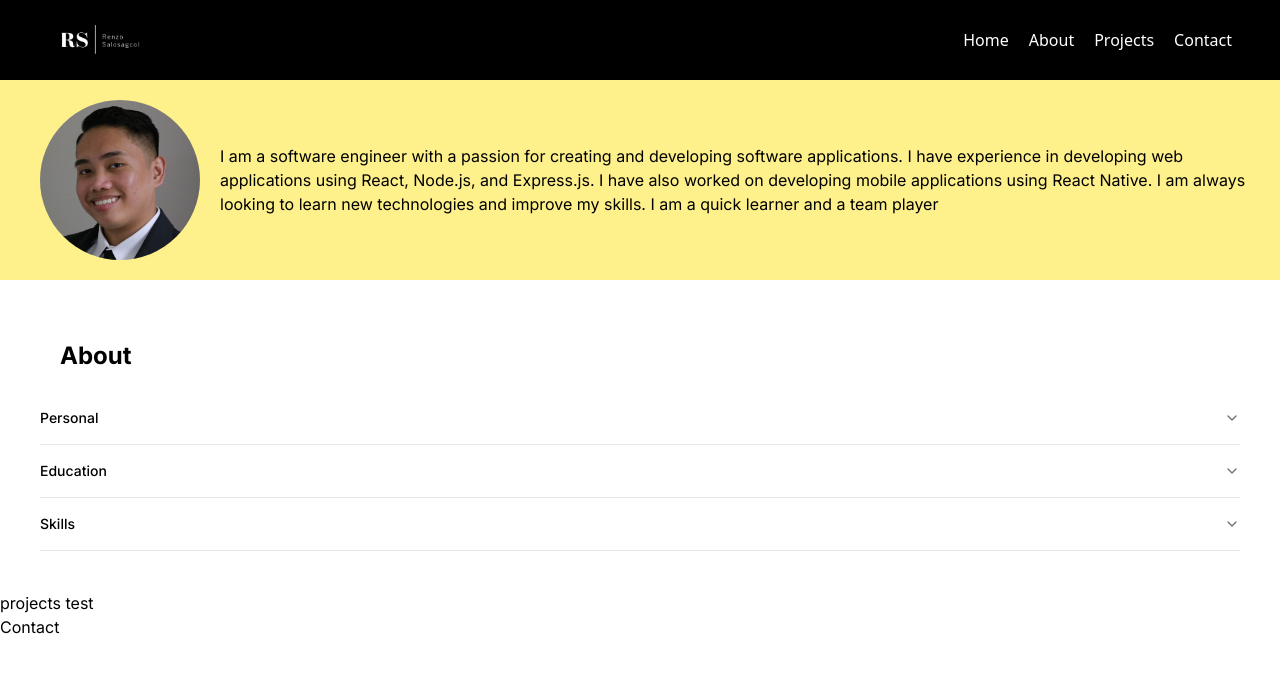
Repository: Renzo-Salosagcol/Portfolio-Website
Page: / (app in resume_website/)
The author's editor kept a copy of each file at every save. The page is drawn from the files as they stood at one save, then again after the next save.
The browser window is 1280 px wide. The pictures show the whole page.
The project was rebuilt for these pictures with package versions that can differ from the ones it lists, and the page was loaded fresh each time. Also part of the build but not shown: resume_website/vite.config.js.

Above is the page before, as saved 2024-12-10 15:27:54.

### resume_website/index.html
<!doctype html>
<html lang="en">
  <head>
    <meta charset="UTF-8" />
    <link rel="icon" type="image/svg+xml" href="/vite.svg" />
    <meta name="viewport" content="width=device-width, initial-scale=1.0" />
    <title>Renzo Salosagcol</title>
  </head>
  <body>
    <div id="root"></div>
    <script type="module" src="/src/main.jsx"></script>
  </body>
</html>

### resume_website/src/index.css
@import url('https://fonts.googleapis.com/css2?family=Inter:opsz,wght@14..32,100..900&family=Roboto:wght@400;500;700&display=swap');

@tailwind base;
@tailwind components;
@tailwind utilities;

:root {
  font-family: "Inter", sans-serif;
}

### resume_website/src/App.jsx
import Nav from './components/Nav'
import Hero from "./components/Hero";
import About from "./components/about";
import Projects from "./components/projects";

const App = () => {
  return (
    <div>
      <div class="fixed h-full w-full bg-blue"><div class="absolute bottom-0 left-0 right-0 top-0 bg-[url(&#x27;/noise.png&#x27;)] bg-[size:300px_300px] bg-left-top"></div>
      </div>
      <nav className="fixed block w-full h-20 top-0">
        <Nav />
      </nav>
      <main className="mt-20">
        <Hero />
        <About />
        <Projects />

      </main>
      <footer>
        Contact
      </footer>
    </div>
  )
}

export default App;

### resume_website/src/components/Nav.jsx
import logoImage from "../assets/InitialPortfolioLogo.png";
import {
  NavigationMenu,
  NavigationMenuContent,
  NavigationMenuIndicator,
  NavigationMenuItem,
  NavigationMenuLink,
  NavigationMenuList,
  NavigationMenuTrigger,
  NavigationMenuViewport,
} from "../components/ui/navigation-menu";
import { navigationMenuTriggerStyle } from "../components/ui/navigation-menu";


const Nav = () => {
  return (
    <nav className="flex items-center bg-black w-full justify-between h-10 p-10 top-0">
      <div className="mx-5 flex-shrink-0">
        <img className="w-20 h-15" src={logoImage} alt="logo" />
      </div>
      <div className="flex-1 flex justify-end text-white">
        <NavigationMenu className="font-sans w-max">
          <NavigationMenuList className="flex">
            <NavigationMenuItem className="flex-1 px-2">
              <NavigationMenuLink href="#" className="hover:underline">Home</NavigationMenuLink>
            </NavigationMenuItem>
            <NavigationMenuItem className="flex-1 px-2">
              <NavigationMenuLink href="#" className="hover:underline">About</NavigationMenuLink>
            </NavigationMenuItem>
            <NavigationMenuItem className="flex-1 px-2">
              <NavigationMenuLink href="#" className="hover:underline">Projects</NavigationMenuLink>
            </NavigationMenuItem>
            <NavigationMenuItem className="flex-1 px-2">
              <NavigationMenuLink href="#" className="hover:underline">Contact</NavigationMenuLink>
            </NavigationMenuItem>
          </NavigationMenuList>
        </NavigationMenu>
      </div>
    </nav>
  );
}

export default Nav;

### resume_website/src/components/Hero.jsx
import profilePic from "../assets/ProfilePic.png";
import aboutInformation from "../assets/constants";

const Hero = () => {
  return (
    <div className="bg-yellow-200 text-black w-full flex items-center justify-between p-5">
      <img src={ profilePic } alt="profile" className="w-50 h-40 rounded-full mx-5"/>
      <div className="justify-items-start">
        { aboutInformation}
      </div>
    </div>
  );
};

export default Hero;

### resume_website/src/components/about.jsx
import {
  Accordion,
  AccordionContent,
  AccordionItem,
  AccordionTrigger,
} from "../components/ui/accordion"


const About = () => {
  return (
    <div className="0 p-10">
      <h1 className="text-2xl font-bold p-5">About</h1>
      <Accordion collapsible>
        <AccordionItem value="item-1">
          <AccordionTrigger>Personal</AccordionTrigger>
          <AccordionContent>
            Personal Text
          </AccordionContent>
        </AccordionItem>
        <AccordionItem value="item-2">
          <AccordionTrigger>Education</AccordionTrigger>
          <AccordionContent>
            Education Text
          </AccordionContent>
        </AccordionItem>
        <AccordionItem value="item-3">
          <AccordionTrigger>Skills</AccordionTrigger>
          <AccordionContent>
            Skills Text
          </AccordionContent>
        </AccordionItem>
      </Accordion>
    </div>
  );
}

export default About;

### resume_website/src/components/projects.jsx
const Projects = () => {
  return (
    <div>
      projects test
    </div>
  );
}

export default Projects;

### resume_website/src/components/ui/navigation-menu.jsx
import * as React from "react"
import * as NavigationMenuPrimitive from "@radix-ui/react-navigation-menu"
import { cva } from "class-variance-authority"
import { ChevronDown } from "lucide-react"

import { cn } from "@/lib/utils"

const NavigationMenu = React.forwardRef(({ className, children, ...props }, ref) => (
  <NavigationMenuPrimitive.Root
    ref={ref}
    className={cn(
      "relative z-10 flex max-w-max flex-1 items-center justify-center",
      className
    )}
    {...props}>
    {children}
    <NavigationMenuViewport />
  </NavigationMenuPrimitive.Root>
))
NavigationMenu.displayName = NavigationMenuPrimitive.Root.displayName

const NavigationMenuList = React.forwardRef(({ className, ...props }, ref) => (
  <NavigationMenuPrimitive.List
    ref={ref}
    className={cn(
      "group flex flex-1 list-none items-center justify-center space-x-1",
      className
    )}
    {...props} />
))
NavigationMenuList.displayName = NavigationMenuPrimitive.List.displayName

const NavigationMenuItem = NavigationMenuPrimitive.Item

const navigationMenuTriggerStyle = cva(
  "group inline-flex h-9 w-max items-center justify-center rounded-md bg-white px-4 py-2 text-sm font-medium transition-colors hover:bg-zinc-100 hover:text-zinc-900 focus:bg-zinc-100 focus:text-zinc-900 focus:outline-none disabled:pointer-events-none disabled:opacity-50 data-[active]:bg-zinc-100/50 data-[state=open]:bg-zinc-100/50 dark:bg-zinc-950 dark:hover:bg-zinc-800 dark:hover:text-zinc-50 dark:focus:bg-zinc-800 dark:focus:text-zinc-50 dark:data-[active]:bg-zinc-800/50 dark:data-[state=open]:bg-zinc-800/50"
)

const NavigationMenuTrigger = React.forwardRef(({ className, children, ...props }, ref) => (
  <NavigationMenuPrimitive.Trigger
    ref={ref}
    className={cn(navigationMenuTriggerStyle(), "group", className)}
    {...props}>
    {children}{""}
    <ChevronDown
      className="relative top-[1px] ml-1 h-3 w-3 transition duration-300 group-data-[state=open]:rotate-180"
      aria-hidden="true" />
  </NavigationMenuPrimitive.Trigger>
))
NavigationMenuTrigger.displayName = NavigationMenuPrimitive.Trigger.displayName

const NavigationMenuContent = React.forwardRef(({ className, ...props }, ref) => (
  <NavigationMenuPrimitive.Content
    ref={ref}
    className={cn(
      "left-0 top-0 w-full data-[motion^=from-]:animate-in data-[motion^=to-]:animate-out data-[motion^=from-]:fade-in data-[motion^=to-]:fade-out data-[motion=from-end]:slide-in-from-right-52 data-[motion=from-start]:slide-in-from-left-52 data-[motion=to-end]:slide-out-to-right-52 data-[motion=to-start]:slide-out-to-left-52 md:absolute md:w-auto",
      className
    )}
    {...props} />
))
NavigationMenuContent.displayName = NavigationMenuPrimitive.Content.displayName

const NavigationMenuLink = NavigationMenuPrimitive.Link

const NavigationMenuViewport = React.forwardRef(({ className, ...props }, ref) => (
  <div className={cn("absolute left-0 top-full flex justify-center")}>
    <NavigationMenuPrimitive.Viewport
      className={cn(
        "origin-top-center relative mt-1.5 h-[var(--radix-navigation-menu-viewport-height)] w-full overflow-hidden rounded-md border border-zinc-200 bg-white text-zinc-950 shadow data-[state=open]:animate-in data-[state=closed]:animate-out data-[state=closed]:zoom-out-95 data-[state=open]:zoom-in-90 md:w-[var(--radix-navigation-menu-viewport-width)] dark:border-zinc-800 dark:bg-zinc-950 dark:text-zinc-50",
        className
      )}
      ref={ref}
      {...props} />
  </div>
))
NavigationMenuViewport.displayName =
  NavigationMenuPrimitive.Viewport.displayName

const NavigationMenuIndicator = React.forwardRef(({ className, ...props }, ref) => (
  <NavigationMenuPrimitive.Indicator
    ref={ref}
    className={cn(
      "top-full z-[1] flex h-1.5 items-end justify-center overflow-hidden data-[state=visible]:animate-in data-[state=hidden]:animate-out data-[state=hidden]:fade-out data-[state=visible]:fade-in",
      className
    )}
    {...props}>
    <div
      className="relative top-[60%] h-2 w-2 rotate-45 rounded-tl-sm bg-zinc-200 shadow-md dark:bg-zinc-800" />
  </NavigationMenuPrimitive.Indicator>
))
NavigationMenuIndicator.displayName =
  NavigationMenuPrimitive.Indicator.displayName

export {
  navigationMenuTriggerStyle,
  NavigationMenu,
  NavigationMenuList,
  NavigationMenuItem,
  NavigationMenuContent,
  NavigationMenuTrigger,
  NavigationMenuLink,
  NavigationMenuIndicator,
  NavigationMenuViewport,
}

### resume_website/src/assets/constants.js
const aboutInformation = "I am a software engineer with a passion for creating and developing software applications. I have experience in developing web applications using React, Node.js, and Express.js. I have also worked on developing mobile applications using React Native. I am always looking to learn new technologies and improve my skills. I am a quick learner and a team player"

export default aboutInformation;

### resume_website/src/components/ui/accordion.jsx
import * as React from "react"
import * as AccordionPrimitive from "@radix-ui/react-accordion"
import { ChevronDown } from "lucide-react"

import { cn } from "@/lib/utils"

const Accordion = AccordionPrimitive.Root

const AccordionItem = React.forwardRef(({ className, ...props }, ref) => (
  <AccordionPrimitive.Item ref={ref} className={cn("border-b", className)} {...props} />
))
AccordionItem.displayName = "AccordionItem"

const AccordionTrigger = React.forwardRef(({ className, children, ...props }, ref) => (
  <AccordionPrimitive.Header className="flex">
    <AccordionPrimitive.Trigger
      ref={ref}
      className={cn(
        "flex flex-1 items-center justify-between py-4 text-sm font-medium transition-all hover:underline text-left [&[data-state=open]>svg]:rotate-180",
        className
      )}
      {...props}>
      {children}
      <ChevronDown
        className="h-4 w-4 shrink-0 text-zinc-500 transition-transform duration-200 dark:text-zinc-400" />
    </AccordionPrimitive.Trigger>
  </AccordionPrimitive.Header>
))
AccordionTrigger.displayName = AccordionPrimitive.Trigger.displayName

const AccordionContent = React.forwardRef(({ className, children, ...props }, ref) => (
  <AccordionPrimitive.Content
    ref={ref}
    className="overflow-hidden text-sm data-[state=closed]:animate-accordion-up data-[state=open]:animate-accordion-down"
    {...props}>
    <div className={cn("pb-4 pt-0", className)}>{children}</div>
  </AccordionPrimitive.Content>
))
AccordionContent.displayName = AccordionPrimitive.Content.displayName

export { Accordion, AccordionItem, AccordionTrigger, AccordionContent }

Loaded but not shown: resume_website/src/main.jsx (common file); resume_website/src/lib/utils.js (common file); resume_website/tailwind.config.js (common file)

After the next save:
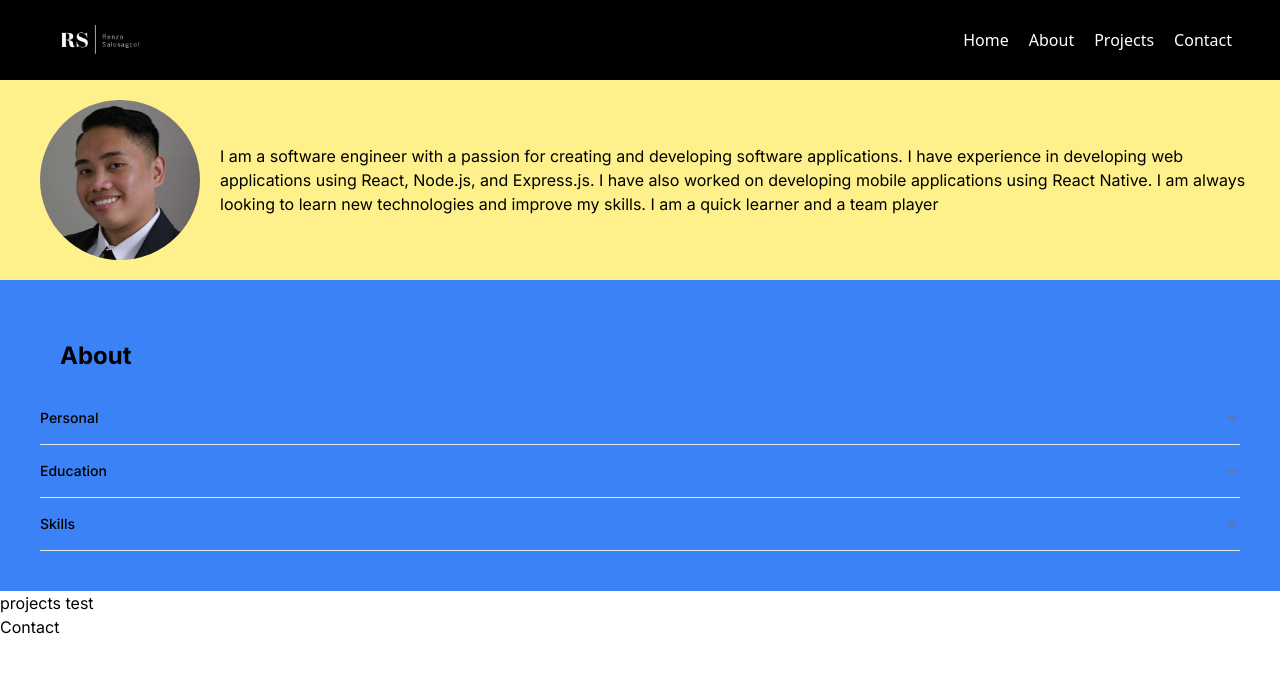
Saved 40 s later.
--- a/resume_website/src/components/about.jsx
+++ b/resume_website/src/components/about.jsx
@@ -8,9 +8,9 @@
 
 const About = () => {
   return (
-    <div className="0 p-10">
+    <div className=" bg-blue-500 p-10">
       <h1 className="text-2xl font-bold p-5">About</h1>
-      <Accordion collapsible>
+      <Accordion type="single" collapsible>
         <AccordionItem value="item-1">
           <AccordionTrigger>Personal</AccordionTrigger>
           <AccordionContent>

After the 2 saves that followed:
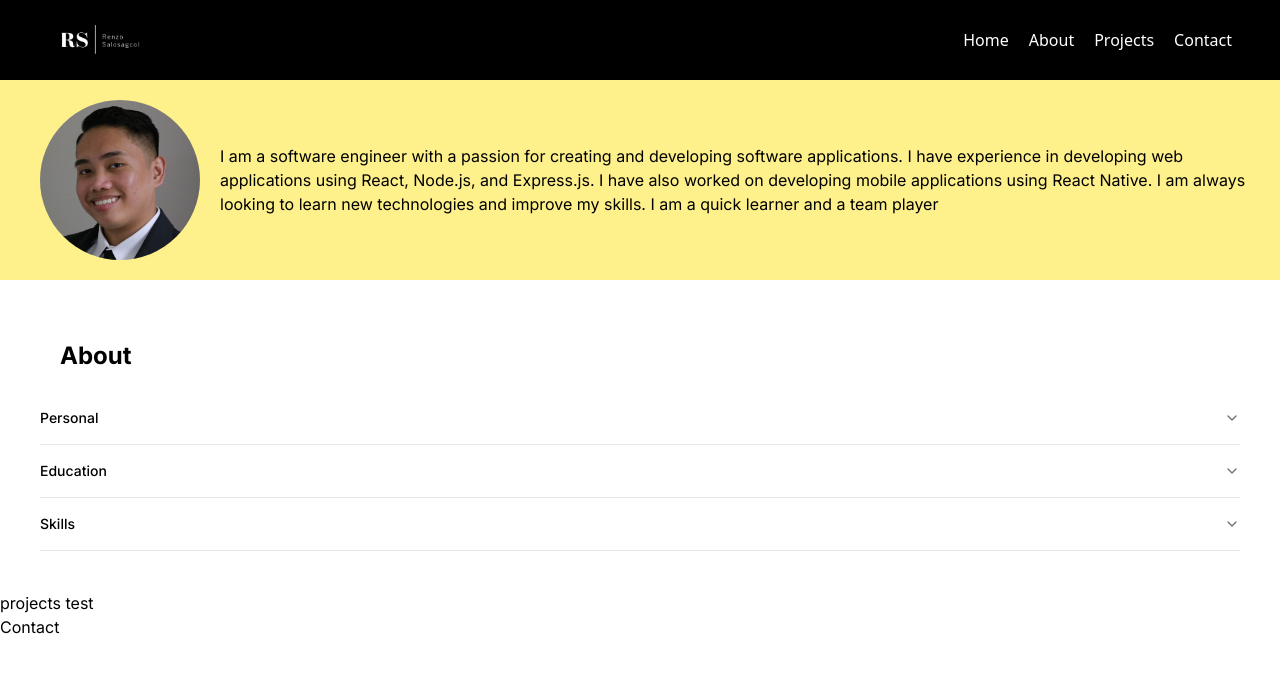
The 2 saves are shown as one change because they came seconds apart.
The last was saved 6 s later.
--- a/resume_website/src/components/about.jsx
+++ b/resume_website/src/components/about.jsx
@@ -8,7 +8,7 @@
 
 const About = () => {
   return (
-    <div className=" bg-blue-500 p-10">
+    <div className="p-10">
       <h1 className="text-2xl font-bold p-5">About</h1>
       <Accordion type="single" collapsible>
         <AccordionItem value="item-1">
